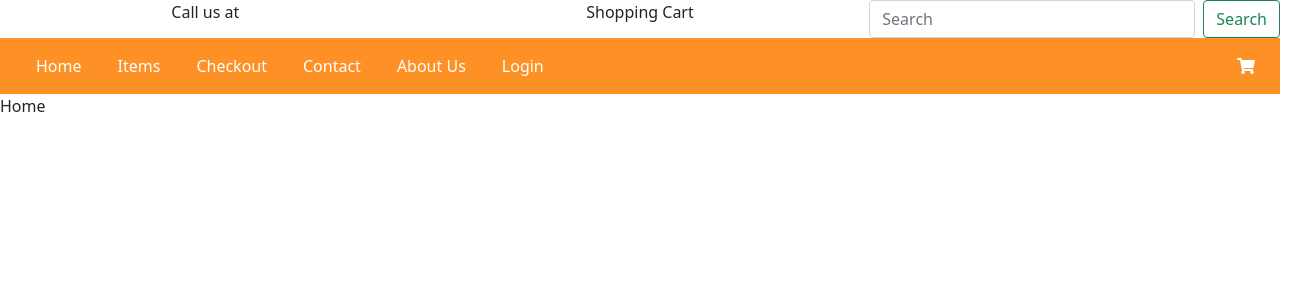
Repository: SaudCh/React-Ecommerce
Page: /
The author's editor kept a copy of each file at every save. The page is drawn from the files as they stood at one save, then again after the next save.
The browser window is 1280 px wide. The page is 1292 px wide, so the pictures cover 1292 px, including what lies to the right of the window. The pictures show the whole page.
The project was rebuilt for these pictures with package versions that can differ from the ones it lists, and the page was loaded fresh each time. Also part of the build but not shown: src/App.css.

Above is the page before, as saved 2021-12-05 12:38:50.

After the next save:
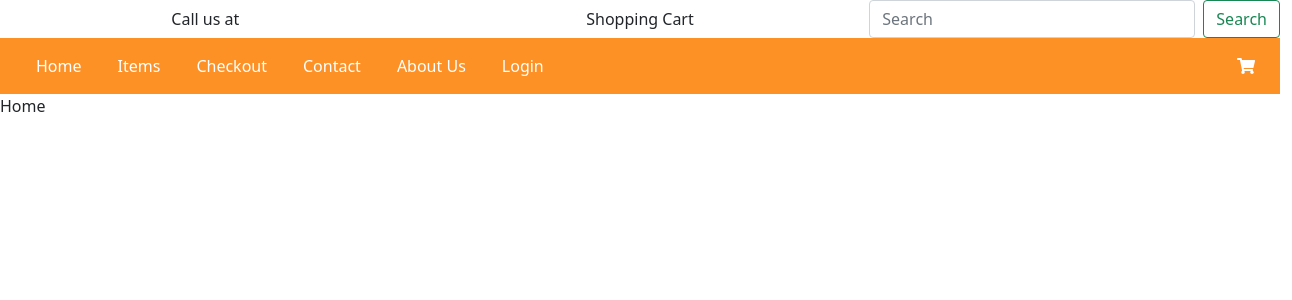
Saved 23 s later.
--- a/src/Header/Header.jsx
+++ b/src/Header/Header.jsx
@@ -8,8 +8,8 @@ export default function Header() {
   return (
     <div>
       <nav className="cotainer-fluid">
-        <div className="row">
-          <div className="col-12 col-md-4 text-center align-items-center">
+        <div className="row align-items-center">
+          <div className="col-12 col-md-4 text-center ">
             <p className="m-0 p-0">Call us at </p>
           </div>
           <div className="col-12 col-md-4 text-center">
